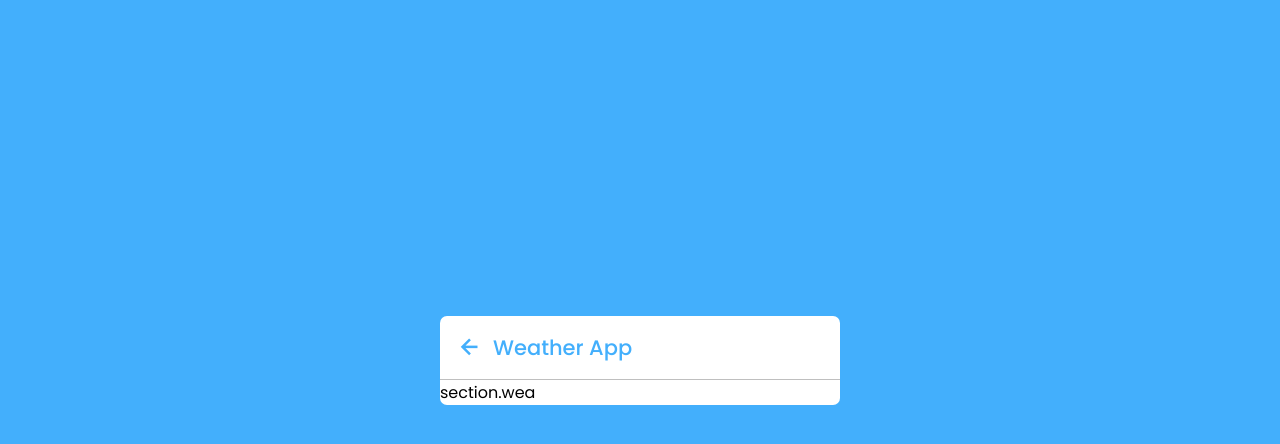
Repository: long13820/Weather-App-HTML-CSS-Javascript
Page: index.html
These files come from the project's save history. The page is drawn as it stood at one moment and after a run of saves; the edit follows.
The browser window is 1280 px wide. The pictures show the whole page.

Above is the page before, as saved 2021-09-02 10:21:07.

After the next 2 saves:
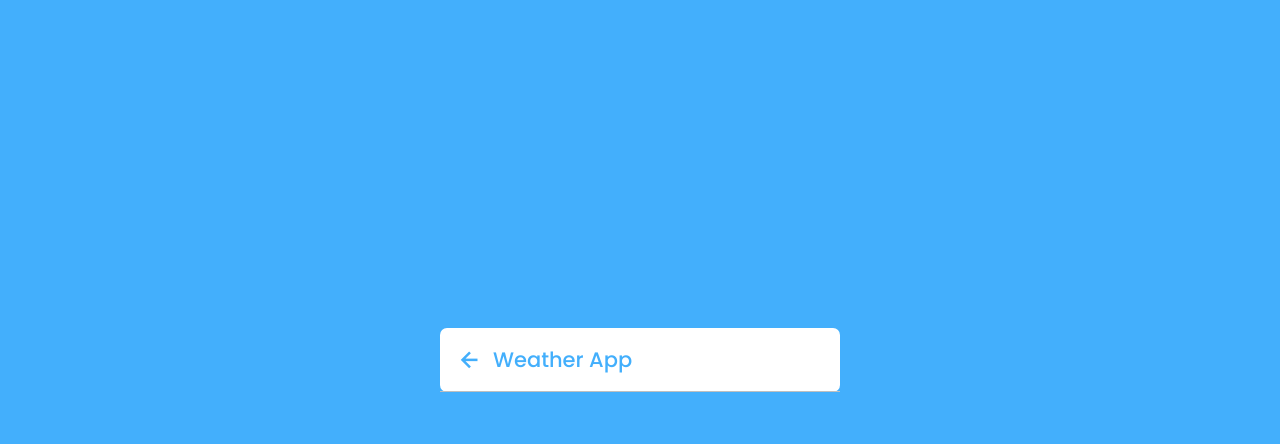
The 2 saves are shown as one change because they came seconds apart.
The last was saved 8 s later.
--- a/index.html
+++ b/index.html
@@ -24,7 +24,9 @@
             <div class="separator"></div>
             <button>Get Device Location</button>
         </section>
-        section.wea
+        <section class="weather-part">
+
+        </section>
     </div>
 </body>
 </html>

After the save that followed:
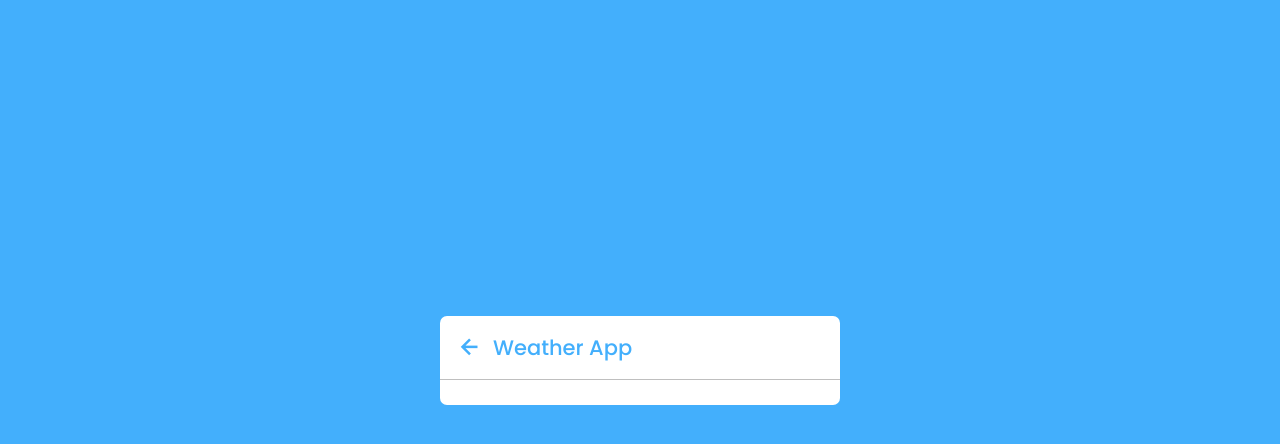
Saved 4 s later.
--- a/index.html
+++ b/index.html
@@ -25,7 +25,7 @@
             <button>Get Device Location</button>
         </section>
         <section class="weather-part">
-
+            <img src="" alt="">
         </section>
     </div>
 </body>
